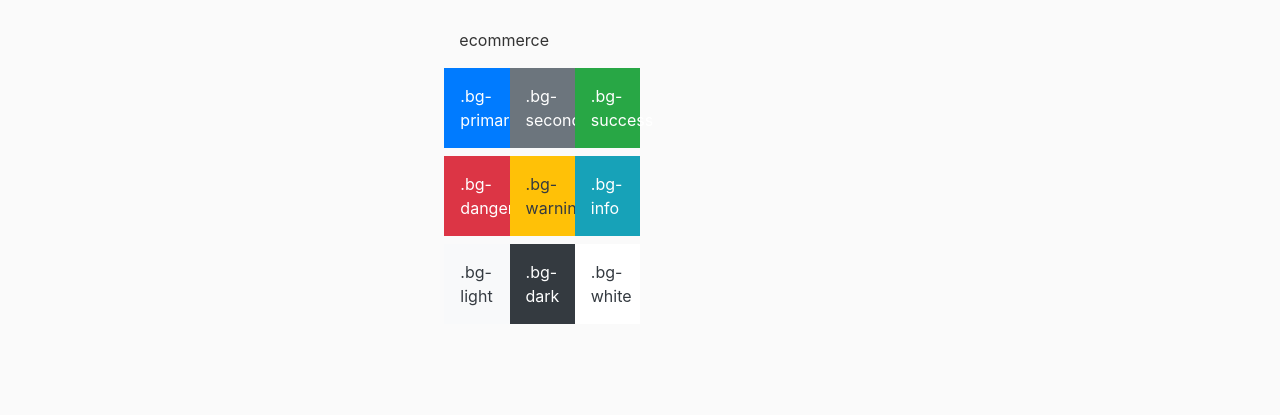
Repository: khanhdk0000/first_proj
Page: http://localhost/about?my_var=ecommerce
The author's editor kept a copy of each file at every save. The page is drawn from the files as they stood at one save, then again after the next save.
The browser window is 1280 px wide. The pictures show the whole page.
Some web libraries are served in a nearby version. The page is served by the project's application, run on Flask 3 (flaskblog.py).

Above is the page before, as saved 2021-05-25 11:53:50.

### templates/about.html
{% extends "layout.html" %} {% block content %}
<div class="flex-center">
<div>
<p>{{ var}}</p>
<div class="row">
    <div class="col-2 p-3 mb-2 bg-primary text-white">.bg-primary</div>
    <div class="col-2 p-3 mb-2 bg-secondary text-white">.bg-secondary</div>
    <div class="col-2 p-3 mb-2 bg-success text-white">.bg-success</div>
</div>

<div class="row">
    <div class="col-2 p-3 mb-2 bg-danger text-white">.bg-danger</div>
    <div class="col-2 p-3 mb-2 bg-warning text-dark">.bg-warning</div>
    <div class="col-2 p-3 mb-2 bg-info text-white">.bg-info</div>
</div>

<div class="row">
    <div class="col-2 p-3 mb-2 bg-light text-dark">.bg-light</div>
    <div class="col-2 p-3 mb-2 bg-dark text-white">.bg-dark</div>
    <div class="col-2 p-3 mb-2 bg-white text-dark">.bg-white</div>
</div>
</div>
</div>

{% endblock content %}

### templates/layout.html
<!DOCTYPE html>
<html>
  <head>
    <!-- Required meta tags -->
    <meta charset="utf-8" />
    <meta
      name="viewport"
      content="width=device-width, initial-scale=1, shrink-to-fit=no"
    />

    <!-- Bootstrap CSS -->
    <link
      rel="stylesheet"
      href="https://maxcdn.bootstrapcdn.com/bootstrap/4.0.0/css/bootstrap.min.css"
      integrity="sha384-Gn5384xqQ1aoWXA+058RXPxPg6fy4IWvTNh0E263XmFcJlSAwiGgFAW/dAiS6JXm"
      crossorigin="anonymous"
    />

    <link
      rel="stylesheet"
      type="text/css"
      href="{{ url_for('static', filename='main.css') }}"
    />

    {% if title %}
    <title>Flask Blog - {{ title }}</title>
    {% else %}
    <title>Flask Blog</title>
    {% endif %}
  </head>
  <body>
    {% block content %}{% endblock %}

    <!-- Optional JavaScript -->
    <!-- jQuery first, then Popper.js, then Bootstrap JS -->
    <script
      src="https://code.jquery.com/jquery-3.2.1.slim.min.js"
      integrity="sha384-KJ3o2DKtIkvYIK3UENzmM7KCkRr/rE9/Qpg6aAZGJwFDMVNA/GpGFF93hXpG5KkN"
      crossorigin="anonymous"
    ></script>
    <script
      src="https://cdnjs.cloudflare.com/ajax/libs/popper.js/1.12.9/umd/popper.min.js"
      integrity="sha384-ApNbgh9B+Y1QKtv3Rn7W3mgPxhU9K/ScQsAP7hUibX39j7fakFPskvXusvfa0b4Q"
      crossorigin="anonymous"
    ></script>
    <script
      src="https://maxcdn.bootstrapcdn.com/bootstrap/4.0.0/js/bootstrap.min.js"
      integrity="sha384-JZR6Spejh4U02d8jOt6vLEHfe/JQGiRRSQQxSfFWpi1MquVdAyjUar5+76PVCmYl"
      crossorigin="anonymous"
    ></script>
    <!-- MDB -->
    <script
      type="text/javascript"
      src="https://cdnjs.cloudflare.com/ajax/libs/mdb-ui-kit/3.5.0/mdb.min.js"
    ></script>
  </body>
</html>

### flaskblog.py
from flask import Flask, render_template, url_for, request
app = Flask(__name__)


posts = [
    {
        'author': 'Corey Schafer',
        'title': 'Blog Post 1',
        'content': 'First post content',
        'date_posted': 'April 20, 2018'
    },
    {
        'author': 'Jane Doe',
        'title': 'Blog Post 2',
        'content': 'Second post content',
        'date_posted': 'April 21, 2018'
    }
]

@app.route('/')
@app.route('/home')
def hello_world():
    return render_template('home.html', posts=posts, title='Hey')

@app.route('/about')
def about():
    my_var = request.args.get('my_var', None)
    return render_template('about.html', posts=posts, var=my_var)

if __name__ == '__main__':
    app.run(debug=True)

### static/main.css
body {
    background: #fafafa;
    color: #333333;
    margin-top: 5rem;
    height: 100%;
  }

  h1, h2, h3, h4, h5, h6 {
    color: #444444;
  }

  .bg-steel {
    background-color: #5f788a;
  }

  .site-header .navbar-nav .nav-link {
    color: #cbd5db;
  }

  .site-header .navbar-nav .nav-link:hover {
    color: #ffffff;
  }

  .site-header .navbar-nav .nav-link.active {
    font-weight: 500;
  }

  .content-section {
    background: #ffffff;
    padding: 10px 20px;
    border: 1px solid #dddddd;
    border-radius: 3px;
    margin-bottom: 20px;
  }

  .article-title {
    color: #444444;
  }

  a.article-title:hover {
    color: #428bca;
    text-decoration: none;
  }

  .article-content {
    white-space: pre-line;
  }

  .article-img {
    height: 65px;
    width: 65px;
    margin-right: 16px;
  }

  .article-metadata {
    padding-bottom: 1px;
    margin-bottom: 4px;
    border-bottom: 1px solid #e3e3e3
  }

  .article-metadata a:hover {
    color: #333;
    text-decoration: none;
  }

  .article-svg {
    width: 25px;
    height: 25px;
    vertical-align: middle;
  }

  .account-img {
    height: 125px;
    width: 125px;
    margin-right: 20px;
    margin-bottom: 16px;
  }

  .account-heading {
    font-size: 2.5rem;
  }

  .vertical-center {
    min-height: 100%;  /* Fallback for browsers do NOT support vh unit */
    min-height: 100vh; /* These two lines are counted as one :-)       */

    justify-content:center;
    display: flex;
    align-items: center;
  }

  .flex-center {
    display: flex;
    justify-content: center;
    align-items: center;
    height: 200px;
    width: 100%;
  }

After the next save:
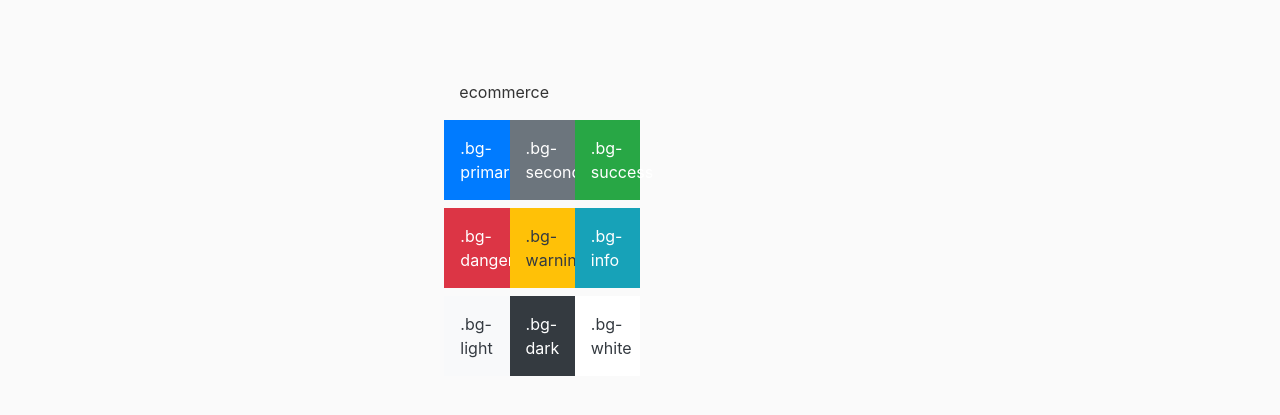
Saved 13 s later.
--- a/static/main.css
+++ b/static/main.css
@@ -93,6 +93,5 @@ body {
     display: flex;
     justify-content: center;
     align-items: center;
-    height: 200px;
-    width: 100%;
+
   }
